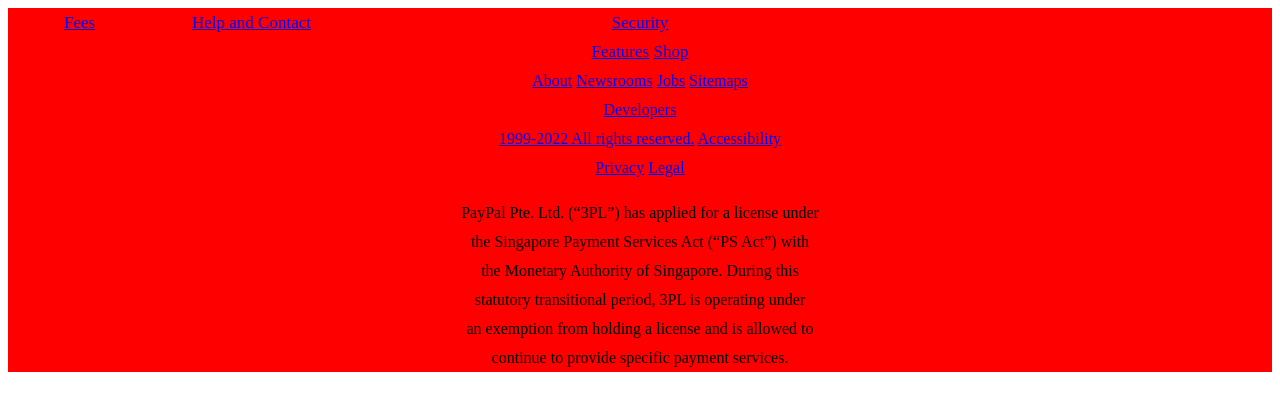
Repository: Jayeola3/Paypal
Page: text.html
These files come from the project's save history. The page is drawn as it stood at one moment and after the next save; the edit follows.
The browser window is 1280 px wide. The pictures show the whole page.

Above is the page before, as saved 2022-06-29 13:34:17.

After the next save:
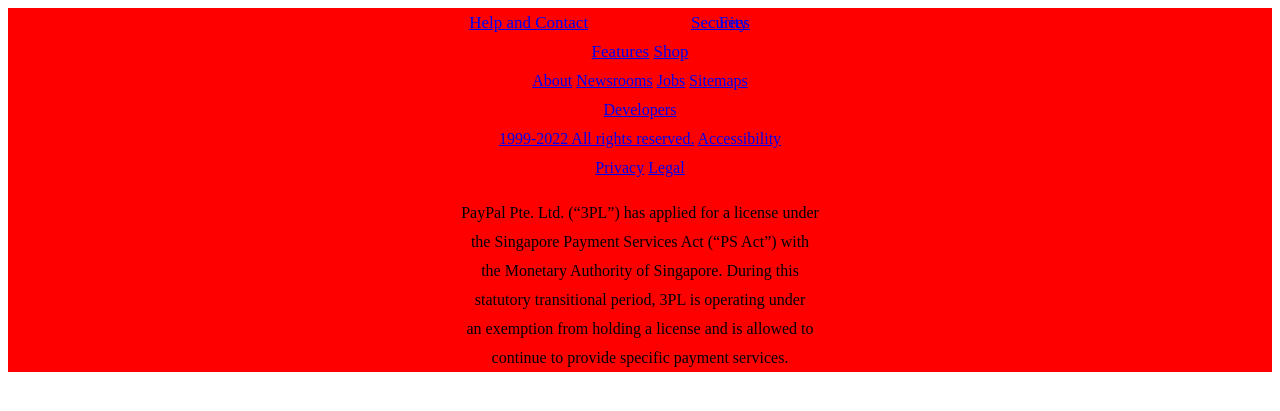
Saved 17 s later.
--- a/text.html
+++ b/text.html
@@ -27,11 +27,11 @@
         <p class="limited">PayPal Pte. Ltd. (“3PL”) has applied for a license under<br> the Singapore Payment Services Act (“PS Act”) with<br> the Monetary Authority of Singapore. During this<br> statutory transitional period, 3PL is operating under<br> an exemption from holding a license and is allowed to<br> continue to provide specific payment services.</p>
     <style>
         .contact{
-            position: absolute;
-            left:15%;
+            position: relative;
+            left:-5%;
         }
         .fee{
-            position: absolute;
+            position: relative;
             left:5%;
         }
         .moves{
